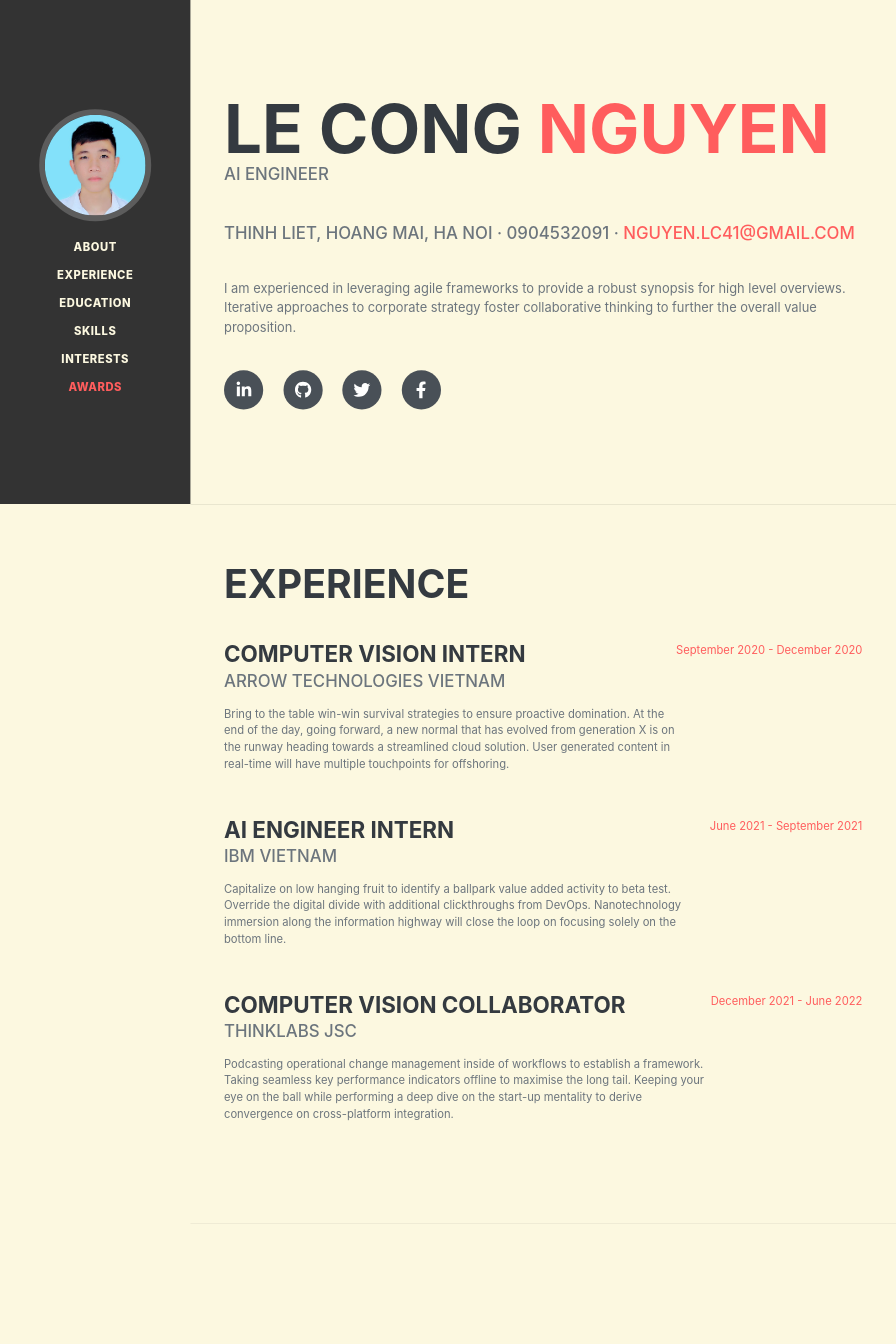
Repository: nguyenlcc/Online-CV
Page: index.html
The author's editor kept a copy of each file at every save. The page is drawn from the files as they stood at one save, then again after the next save.
The browser window is 1280 px wide. The pictures show the part of the page from y = 0 to 1920 px (the page is 4631 px tall), at 70% of full size.
Some web fonts or font styles are not loaded; a fallback is used. Some web libraries are served in a nearby version.

Above is the page before, as saved 2022-05-23 00:47:50.

### index.html
<!DOCTYPE html>
<html lang="en">
  <head>
    <meta charset="utf-8" />
    <meta
      name="viewport"
      content="width=device-width, initial-scale=1, shrink-to-fit=no"
    />
    <meta name="description" content="" />
    <meta name="author" content="" />
    <title>Le Cong Nguyen</title>
    <link rel="icon" type="image/x-icon" href="assets/img/favicon.ico" />
    <!-- Font Awesome icons (free version)-->
    <script
      src="https://use.fontawesome.com/releases/v5.13.0/js/all.js"
      crossorigin="anonymous"
    ></script>
    <!-- Google fonts-->
    <link
      href="https://fonts.googleapis.com/css?family=Saira+Extra+Condensed:500,700"
      rel="stylesheet"
      type="text/css"
    />
    <link
      href="https://fonts.googleapis.com/css?family=Muli:400,400i,800,800i"
      rel="stylesheet"
      type="text/css"
    />
    <!-- Core theme CSS (includes Bootstrap)-->
    <link href="css/styles.css" rel="stylesheet" />
  </head>
  <body id="page-top">
    <!-- Navigation-->
    <nav
      class="navbar navbar-expand-lg navbar-dark bg-primary fixed-top"
      id="sideNav"
    >
      <a class="navbar-brand js-scroll-trigger" href="#page-top">
        <span class="d-block d-lg-none">LE CONG NGUYEN</span>
        <span class="d-none d-lg-block"
          ><img
            class="img-fluid img-profile rounded-circle mx-auto mb-2"
            src="assets/img/profile.jpg"
            alt=""
        /></span>
      </a>
      <button
        class="navbar-toggler"
        type="button"
        data-toggle="collapse"
        data-target="#navbarSupportedContent"
        aria-controls="navbarSupportedContent"
        aria-expanded="false"
        aria-label="Toggle navigation"
      >
        <span class="navbar-toggler-icon"></span>
      </button>
      <div class="collapse navbar-collapse" id="navbarSupportedContent">
        <ul class="navbar-nav">
          <li class="nav-item">
            <a class="nav-link js-scroll-trigger" href="#about">About</a>
          </li>
          <li class="nav-item">
            <a class="nav-link js-scroll-trigger" href="#experience"
              >Experience</a
            >
          </li>
          <li class="nav-item">
            <a class="nav-link js-scroll-trigger" href="#education"
              >Education</a
            >
          </li>
          <li class="nav-item">
            <a class="nav-link js-scroll-trigger" href="#skills">Skills</a>
          </li>
          <li class="nav-item">
            <a class="nav-link js-scroll-trigger" href="#interests"
              >Interests</a
            >
          </li>
          <li class="nav-item">
            <a class="nav-link js-scroll-trigger" href="#awards">Awards</a>
          </li>
        </ul>
      </div>
    </nav>
    <!-- Page Content-->
    <div class="container-fluid p-0">
      <!-- About-->
      <section class="resume-section" id="about">
        <div class="resume-section-content">
          <h1 class="mb-0">
            LE CONG
            <span class="text-primary">NGUYEN</span>
          </h1>
          <div class="subheading mb-5">
            AI ENGINEER
          </div>
          <div class="subheading mb-5">
            THINH LIET, HOANG MAI, HA NOI · 0904532091 ·
            <a href="mailto:name@email.com">nguyen.lc41@gmail.com</a>
          </div>
          <p class="lead mb-5">
            I am experienced in leveraging agile frameworks to provide a robust
            synopsis for high level overviews. Iterative approaches to corporate
            strategy foster collaborative thinking to further the overall value
            proposition.
          </p>
          <div class="social-icons">
            <a class="social-icon" href="https://www.linkedin.com/in/nguy%C3%AAn-l%C3%AA-c%C3%B4ng-0b1731233/"
              ><i class="fab fa-linkedin-in"></i
            ></a>
            <a class="social-icon" href="https://github.com/nguyenlecong"><i class="fab fa-github"></i></a>
            <a class="social-icon" href="https://twitter.com/vi3ix_"><i class="fab fa-twitter"></i></a>
            <a class="social-icon" href="https://www.facebook.com/nguyenlc5139/"
              ><i class="fab fa-facebook-f"></i
            ></a>
          </div>
        </div>
      </section>
      <hr class="m-0" />
      <!-- Experience-->
      <section class="resume-section" id="experience">
        <div class="resume-section-content">
          <h2 class="mb-5">Experience</h2>
          <div
            class="d-flex flex-column flex-md-row justify-content-between mb-5"
          >
            <div class="flex-grow-1">
              <h3 class="mb-0">Computer Vision Intern</h3>
              <div class="subheading mb-3">Arrow Technologies Vietnam</div>
              <p>
                Bring to the table win-win survival strategies to ensure
                proactive domination. At the end of the day, going forward, a
                new normal that has evolved from generation X is on the runway
                heading towards a streamlined cloud solution. User generated
                content in real-time will have multiple touchpoints for
                offshoring.
              </p>
            </div>
            <div class="flex-shrink-0">
              <span class="text-primary">September 2020 - December 2020</span>
            </div>
          </div>
          <div
            class="d-flex flex-column flex-md-row justify-content-between mb-5"
          >
            <div class="flex-grow-1">
              <h3 class="mb-0">AI Engineer Intern</h3>
              <div class="subheading mb-3">IBM Vietnam</div>
              <p>
                Capitalize on low hanging fruit to identify a ballpark value
                added activity to beta test. Override the digital divide with
                additional clickthroughs from DevOps. Nanotechnology immersion
                along the information highway will close the loop on focusing
                solely on the bottom line.
              </p>
            </div>
            <div class="flex-shrink-0">
              <span class="text-primary">June 2021 - September 2021</span>
            </div>
          </div>
          <div
            class="d-flex flex-column flex-md-row justify-content-between mb-5"
          >
            <div class="flex-grow-1">
              <h3 class="mb-0">Computer Vision Collaborator</h3>
              <div class="subheading mb-3">ThinkLABs JSC</div>
              <p>
                Podcasting operational change management inside of workflows to
                establish a framework. Taking seamless key performance
                indicators offline to maximise the long tail. Keeping your eye
                on the ball while performing a deep dive on the start-up
                mentality to derive convergence on cross-platform integration.
              </p>
            </div>
            <div class="flex-shrink-0">
              <span class="text-primary">December 2021 - June 2022</span>
            </div>
          </div>
        </div>
      </section>
      <hr class="m-0" />
      <!-- Education-->
      <section class="resume-section" id="education">
        <div class="resume-section-content">
          <h2 class="mb-5">Education</h2>
          <div
            class="d-flex flex-column flex-md-row justify-content-between mb-5"
          >
            <div class="flex-grow-1">
              <h3 class="mb-0">HANOI UNIVERSITY OF SCIENCE AND TECHNOLOGY</h3>
              <div class="subheading mb-3">
                SCHOOL OF INFORMATION AND COMMUNICATION TECHNOLOGY
              </div>
              <div>Computer Science</div>
              <p>GPA: 3.16</p>
            </div>
            <div class="flex-shrink-0">
              <span class="text-primary">August 2017 - Now</span>
            </div>
          </div>
          <!-- <div class="d-flex flex-column flex-md-row justify-content-between">
            <div class="flex-grow-1">
              <h3 class="mb-0">James Buchanan High School</h3>
              <div class="subheading mb-3">Technology Magnet Program</div>
              <p>GPA: 3.56</p>
            </div>
            <div class="flex-shrink-0">
              <span class="text-primary">August 2002 - May 2006</span>
            </div> -->
          </div>
        </div>
      </section>
      <hr class="m-0" />
      <!-- Skills-->
      <section class="resume-section" id="skills">
        <div class="resume-section-content">
          <h2 class="mb-5">Skills</h2>
          <div class="subheading mb-3">Programming Languages & Tools</div>
          <ul class="list-inline dev-icons">
            <li class="list-inline-item"><i class="fab fa-html5"></i></li>
            <li class="list-inline-item"><i class="fab fa-css3-alt"></i></li>
            <li class="list-inline-item"><i class="fab fa-js-square"></i></li>
            <li class="list-inline-item"><i class="fab fa-angular"></i></li>
            <li class="list-inline-item"><i class="fab fa-react"></i></li>
            <li class="list-inline-item"><i class="fab fa-node-js"></i></li>
            <li class="list-inline-item"><i class="fab fa-sass"></i></li>
            <li class="list-inline-item"><i class="fab fa-less"></i></li>
            <li class="list-inline-item"><i class="fab fa-wordpress"></i></li>
            <li class="list-inline-item"><i class="fab fa-gulp"></i></li>
            <li class="list-inline-item"><i class="fab fa-grunt"></i></li>
            <li class="list-inline-item"><i class="fab fa-npm"></i></li>
          </ul>
          <div class="subheading mb-3">Workflow</div>
          <ul class="fa-ul mb-0">
            <li>
              <span class="fa-li"><i class="fas fa-check"></i></span>
              Mobile-First, Responsive Design
            </li>
            <li>
              <span class="fa-li"><i class="fas fa-check"></i></span>
              Cross Browser Testing & Debugging
            </li>
            <li>
              <span class="fa-li"><i class="fas fa-check"></i></span>
              Cross Functional Teams
            </li>
            <li>
              <span class="fa-li"><i class="fas fa-check"></i></span>
              Agile Development & Scrum
            </li>
          </ul>
        </div>
      </section>
      <hr class="m-0" />
      <!-- Interests-->
      <section class="resume-section" id="interests">
        <div class="resume-section-content">
          <h2 class="mb-5">Interests</h2>
          <p>
            Apart from being a web developer, I enjoy most of my time being
            outdoors. In the winter, I am an avid skier and novice ice climber.
            During the warmer months here in Colorado, I enjoy mountain biking,
            free climbing, and kayaking.
          </p>
          <p class="mb-0">
            When forced indoors, I follow a number of sci-fi and fantasy genre
            movies and television shows, I am an aspiring chef, and I spend a
            large amount of my free time exploring the latest technology
            advancements in the front-end web development world.
          </p>
        </div>
      </section>
      <hr class="m-0" />
      <!-- Awards-->
      <section class="resume-section" id="awards">
        <div class="resume-section-content">
          <h2 class="mb-5">Awards & Certifications</h2>
          <ul class="fa-ul mb-0">
            <li>
              <span class="fa-li"
                ><i class="fas fa-trophy text-warning"></i
              ></span>
              Silver Medal for Excellence in Mathematics on Casio Calculator in 12th Grade
            </li>
            <li>
              <span class="fa-li"
                ><i class="fas fa-trophy text-warning"></i
              ></span>
              Consolation Prize in the Provincial Examination for Excellent Students in Mathematics in 12th Grade
            </li>
            <li>
              <span class="fa-li"
                ><i class="fas fa-trophy text-warning"></i
              ></span>
              Level B of Scholarships for the Term 2 of the School Year 2020-2021, Hanoi University of Science and Technology
            </li>
            <li>
              <span class="fa-li"
                ><i class="fas fa-trophy text-warning"></i
              ></span>
              Level A of Scholarships for the Term 1 of the School Year 2021-2022, Hanoi University of Science and Technology
            </li>
          </ul>
        </div>
      </section>
    </div>
    <!-- Bootstrap core JS-->
    <script src="https://cdnjs.cloudflare.com/ajax/libs/jquery/3.5.1/jquery.min.js"></script>
    <script src="https://stackpath.bootstrapcdn.com/bootstrap/4.5.0/js/bootstrap.bundle.min.js"></script>
    <!-- Third party plugin JS-->
    <script src="https://cdnjs.cloudflare.com/ajax/libs/jquery-easing/1.4.1/jquery.easing.min.js"></script>
    <!-- Core theme JS-->
    <script src="js/scripts.js"></script>
  </body>
</html>

### js/scripts.js
/*!
    * Start Bootstrap - Resume v6.0.1 (https://startbootstrap.com/template-overviews/resume)
    * Copyright 2013-2020 Start Bootstrap
    * Licensed under MIT (https://github.com/StartBootstrap/startbootstrap-resume/blob/master/LICENSE)
    */
    (function ($) {
    "use strict"; // Start of use strict

    // Smooth scrolling using jQuery easing
    $('a.js-scroll-trigger[href*="#"]:not([href="#"])').click(function () {
        if (
            location.pathname.replace(/^\//, "") ==
                this.pathname.replace(/^\//, "") &&
            location.hostname == this.hostname
        ) {
            var target = $(this.hash);
            target = target.length
                ? target
                : $("[name=" + this.hash.slice(1) + "]");
            if (target.length) {
                $("html, body").animate(
                    {
                        scrollTop: target.offset().top,
                    },
                    1000,
                    "easeInOutExpo"
                );
                return false;
            }
        }
    });

    // Closes responsive menu when a scroll trigger link is clicked
    $(".js-scroll-trigger").click(function () {
        $(".navbar-collapse").collapse("hide");
    });

    // Activate scrollspy to add active class to navbar items on scroll
    $("body").scrollspy({
        target: "#sideNav",
    });
})(jQuery); // End of use strict

Loaded but not shown: css/styles.css (library)

After the next save:
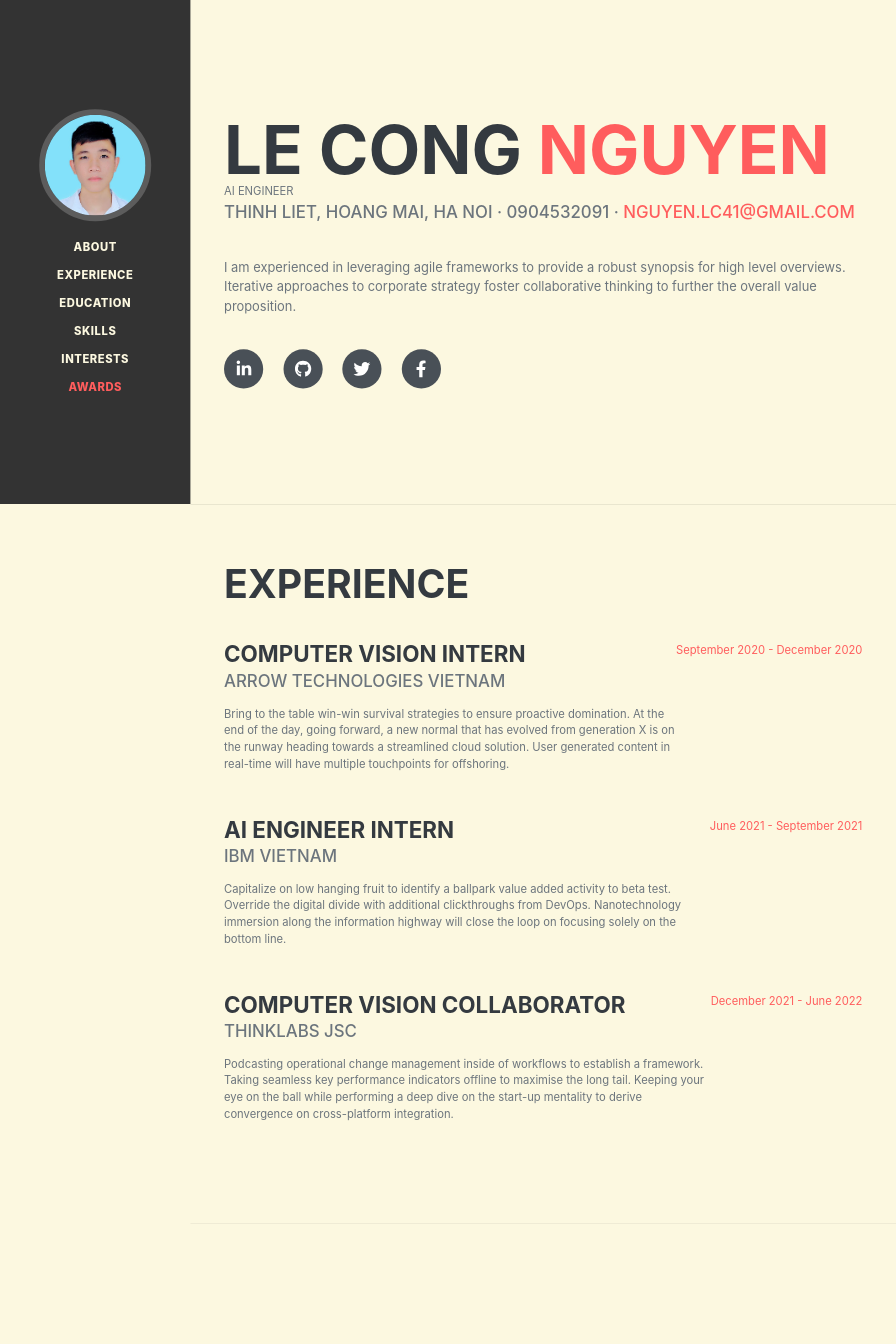
Saved 24 s later.
--- a/index.html
+++ b/index.html
@@ -93,7 +93,7 @@
             LE CONG
             <span class="text-primary">NGUYEN</span>
           </h1>
-          <div class="subheading mb-5">
+          <div>
             AI ENGINEER
           </div>
           <div class="subheading mb-5">

After the save that followed:
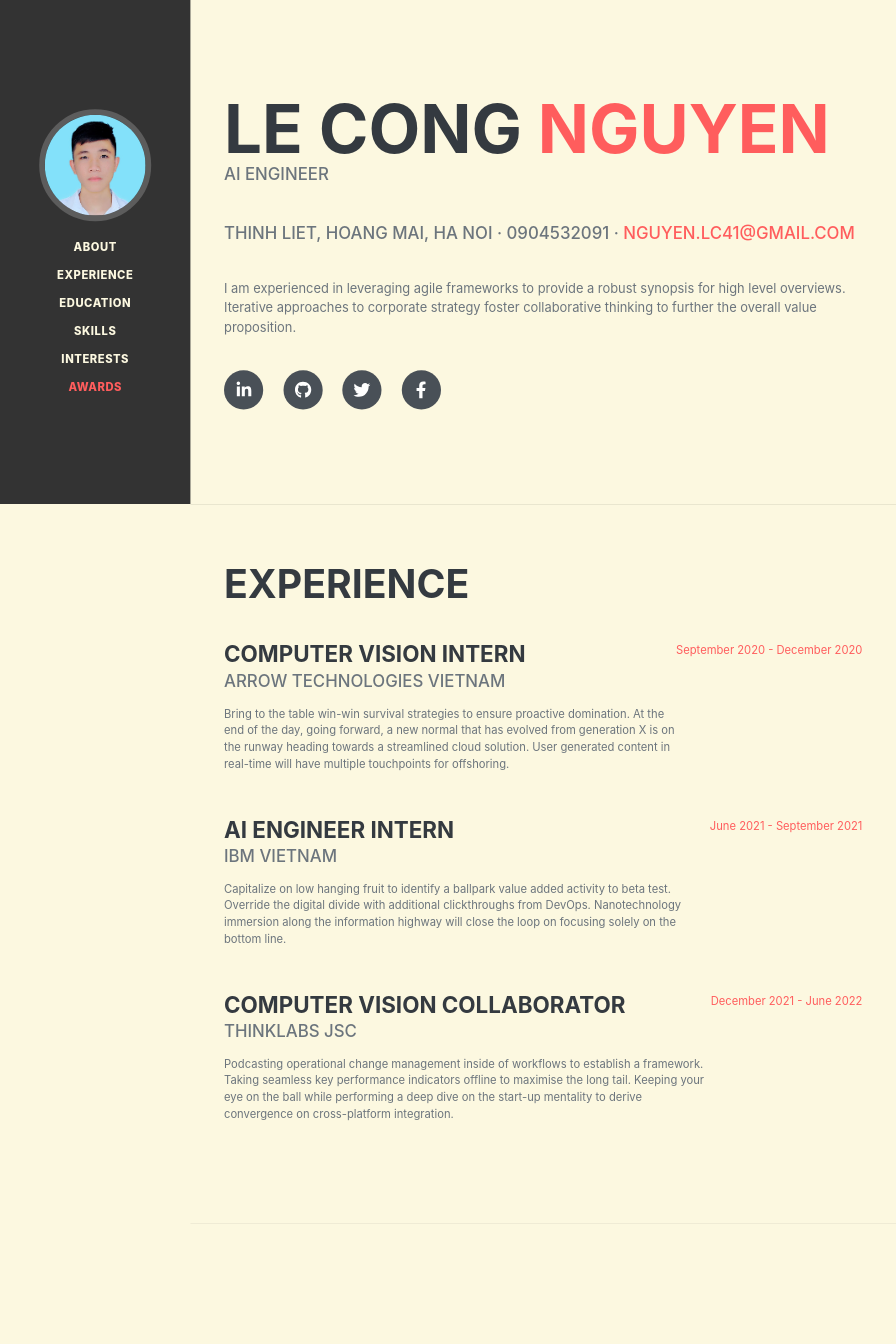
Saved 10 s later.
--- a/index.html
+++ b/index.html
@@ -93,7 +93,7 @@
             LE CONG
             <span class="text-primary">NGUYEN</span>
           </h1>
-          <div>
+          <div class="subheading mb-5">
             AI ENGINEER
           </div>
           <div class="subheading mb-5">
